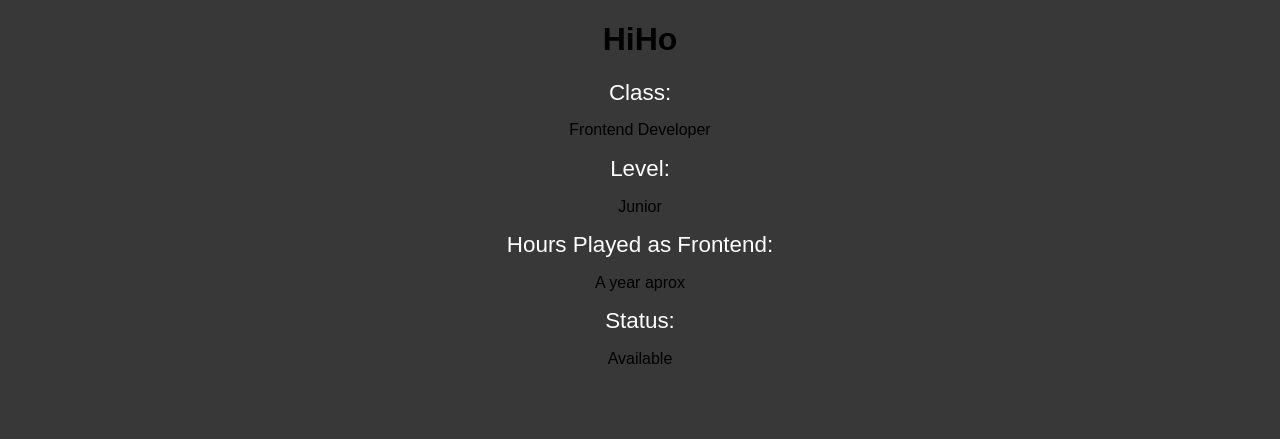
Repository: sernalab/soon
Page: index.html
These files come from the project's save history. The page is drawn as it stood at one moment and after the next save; the edit follows.
The browser window is 1280 px wide. The pictures show the whole page.
Some web fonts or font styles are not loaded; a fallback is used.

Above is the page before, as saved 2018-12-23 23:55:32.

### index.html
<!DOCTYPE html>
<html lang="en">

<head>
    <meta charset="UTF-8">
    <meta name="viewport" content="width=device-width, initial-scale=1.0">
    <meta http-equiv="X-UA-Compatible" content="ie=edge">
    <title>Lulz</title>
    <link rel="stylesheet" href="css/styles.css">
    <link href="https://fonts.googleapis.com/css?family=Aldrich" rel="stylesheet">
</head>

<body>
    <main>
        <h1>HiHo</h1>
        <span>Class:</span>
        <p> Frontend Developer</p>
        <span>Level:</span>
        <p>Junior</p>
        <span>Hours Played as Frontend:</span>
        <p>A year aprox</p>
        <span>Status:</span>
        <p>Available</p>
    </main>
</body>

<script>
    // google analitycs
</script>

</html>

### css/styles.css
/*! normalize.css v8.0.1 | MIT License | github.com/necolas/normalize.css */


/* Document
   ========================================================================== */


/**
 * 1. Correct the line height in all browsers.
 * 2. Prevent adjustments of font size after orientation changes in iOS.
 */

html {
    line-height: 1.15;
    /* 1 */
    -webkit-text-size-adjust: 100%;
    /* 2 */
}


/* Sections
   ========================================================================== */


/**
 * Remove the margin in all browsers.
 */

body {
    margin: 0;
}


/**
 * Render the `main` element consistently in IE.
 */

main {
    display: block;
}


/**
 * Correct the font size and margin on `h1` elements within `section` and
 * `article` contexts in Chrome, Firefox, and Safari.
 */

h1 {
    font-size: 2em;
    margin: 0.67em 0;
}


/* Grouping content
   ========================================================================== */


/**
 * 1. Add the correct box sizing in Firefox.
 * 2. Show the overflow in Edge and IE.
 */

hr {
    box-sizing: content-box;
    /* 1 */
    height: 0;
    /* 1 */
    overflow: visible;
    /* 2 */
}


/**
 * 1. Correct the inheritance and scaling of font size in all browsers.
 * 2. Correct the odd `em` font sizing in all browsers.
 */

pre {
    font-family: monospace, monospace;
    /* 1 */
    font-size: 1em;
    /* 2 */
}


/* Text-level semantics
   ========================================================================== */


/**
 * Remove the gray background on active links in IE 10.
 */

a {
    background-color: transparent;
}


/**
 * 1. Remove the bottom border in Chrome 57-
 * 2. Add the correct text decoration in Chrome, Edge, IE, Opera, and Safari.
 */

abbr[title] {
    border-bottom: none;
    /* 1 */
    text-decoration: underline;
    /* 2 */
    text-decoration: underline dotted;
    /* 2 */
}


/**
 * Add the correct font weight in Chrome, Edge, and Safari.
 */

b,
strong {
    font-weight: bolder;
}


/**
 * 1. Correct the inheritance and scaling of font size in all browsers.
 * 2. Correct the odd `em` font sizing in all browsers.
 */

code,
kbd,
samp {
    font-family: monospace, monospace;
    /* 1 */
    font-size: 1em;
    /* 2 */
}


/**
 * Add the correct font size in all browsers.
 */

small {
    font-size: 80%;
}


/**
 * Prevent `sub` and `sup` elements from affecting the line height in
 * all browsers.
 */

sub,
sup {
    font-size: 75%;
    line-height: 0;
    position: relative;
    vertical-align: baseline;
}

sub {
    bottom: -0.25em;
}

sup {
    top: -0.5em;
}


/* Embedded content
   ========================================================================== */


/**
 * Remove the border on images inside links in IE 10.
 */

img {
    border-style: none;
}


/* Forms
   ========================================================================== */


/**
 * 1. Change the font styles in all browsers.
 * 2. Remove the margin in Firefox and Safari.
 */

button,
input,
optgroup,
select,
textarea {
    font-family: inherit;
    /* 1 */
    font-size: 100%;
    /* 1 */
    line-height: 1.15;
    /* 1 */
    margin: 0;
    /* 2 */
}


/**
 * Show the overflow in IE.
 * 1. Show the overflow in Edge.
 */

button,
input {
    /* 1 */
    overflow: visible;
}


/**
 * Remove the inheritance of text transform in Edge, Firefox, and IE.
 * 1. Remove the inheritance of text transform in Firefox.
 */

button,
select {
    /* 1 */
    text-transform: none;
}


/**
 * Correct the inability to style clickable types in iOS and Safari.
 */

button,
[type="button"],
[type="reset"],
[type="submit"] {
    -webkit-appearance: button;
}


/**
 * Remove the inner border and padding in Firefox.
 */

button::-moz-focus-inner,
[type="button"]::-moz-focus-inner,
[type="reset"]::-moz-focus-inner,
[type="submit"]::-moz-focus-inner {
    border-style: none;
    padding: 0;
}


/**
 * Restore the focus styles unset by the previous rule.
 */

button:-moz-focusring,
[type="button"]:-moz-focusring,
[type="reset"]:-moz-focusring,
[type="submit"]:-moz-focusring {
    outline: 1px dotted ButtonText;
}


/**
 * Correct the padding in Firefox.
 */

fieldset {
    padding: 0.35em 0.75em 0.625em;
}


/**
 * 1. Correct the text wrapping in Edge and IE.
 * 2. Correct the color inheritance from `fieldset` elements in IE.
 * 3. Remove the padding so developers are not caught out when they zero out
 *    `fieldset` elements in all browsers.
 */

legend {
    box-sizing: border-box;
    /* 1 */
    color: inherit;
    /* 2 */
    display: table;
    /* 1 */
    max-width: 100%;
    /* 1 */
    padding: 0;
    /* 3 */
    white-space: normal;
    /* 1 */
}


/**
 * Add the correct vertical alignment in Chrome, Firefox, and Opera.
 */

progress {
    vertical-align: baseline;
}


/**
 * Remove the default vertical scrollbar in IE 10+.
 */

textarea {
    overflow: auto;
}


/**
 * 1. Add the correct box sizing in IE 10.
 * 2. Remove the padding in IE 10.
 */

[type="checkbox"],
[type="radio"] {
    box-sizing: border-box;
    /* 1 */
    padding: 0;
    /* 2 */
}


/**
 * Correct the cursor style of increment and decrement buttons in Chrome.
 */

[type="number"]::-webkit-inner-spin-button,
[type="number"]::-webkit-outer-spin-button {
    height: auto;
}


/**
 * 1. Correct the odd appearance in Chrome and Safari.
 * 2. Correct the outline style in Safari.
 */

[type="search"] {
    -webkit-appearance: textfield;
    /* 1 */
    outline-offset: -2px;
    /* 2 */
}


/**
 * Remove the inner padding in Chrome and Safari on macOS.
 */

[type="search"]::-webkit-search-decoration {
    -webkit-appearance: none;
}


/**
 * 1. Correct the inability to style clickable types in iOS and Safari.
 * 2. Change font properties to `inherit` in Safari.
 */

::-webkit-file-upload-button {
    -webkit-appearance: button;
    /* 1 */
    font: inherit;
    /* 2 */
}


/* Interactive
   ========================================================================== */


/*
 * Add the correct display in Edge, IE 10+, and Firefox.
 */

details {
    display: block;
}


/*
 * Add the correct display in all browsers.
 */

summary {
    display: list-item;
}


/* Misc
   ========================================================================== */


/**
 * Add the correct display in IE 10+.
 */

template {
    display: none;
}


/**
 * Add the correct display in IE 10.
 */

[hidden] {
    display: none;
}


/* custom css */

body {
    background-color: #252525e8;
    font-family: 'Aldrich', sans-serif;
}

main {
    display: flex;
    flex-direction: column;
    justify-content: baseline;
    align-items: center;
}

span {
    color: white;
    font-size: 1.4em;
}

After the next save:
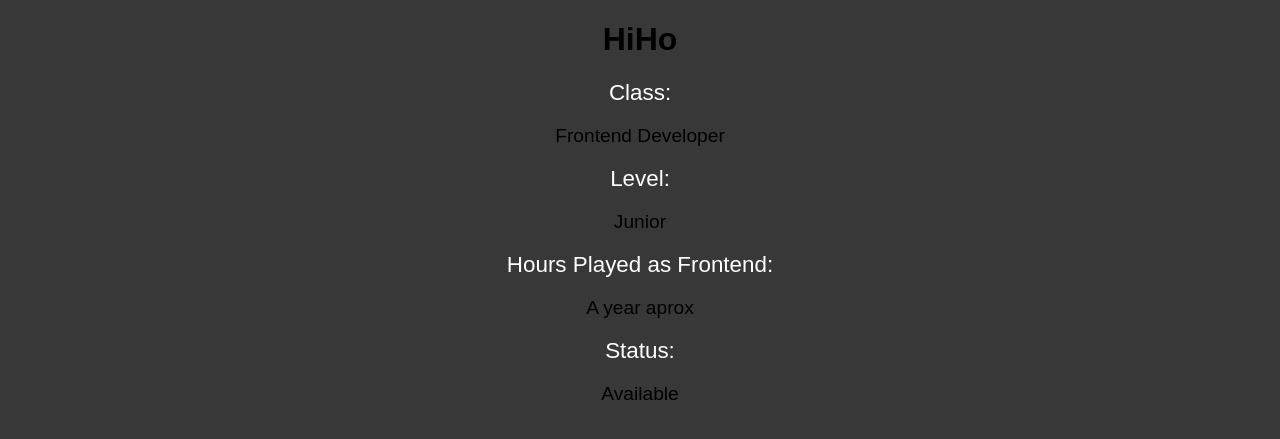
Saved 30 s later.
--- a/css/styles.css
+++ b/css/styles.css
@@ -437,3 +437,7 @@ span {
     color: white;
     font-size: 1.4em;
 }
+
+p {
+    font-size: 1.2em
+}
